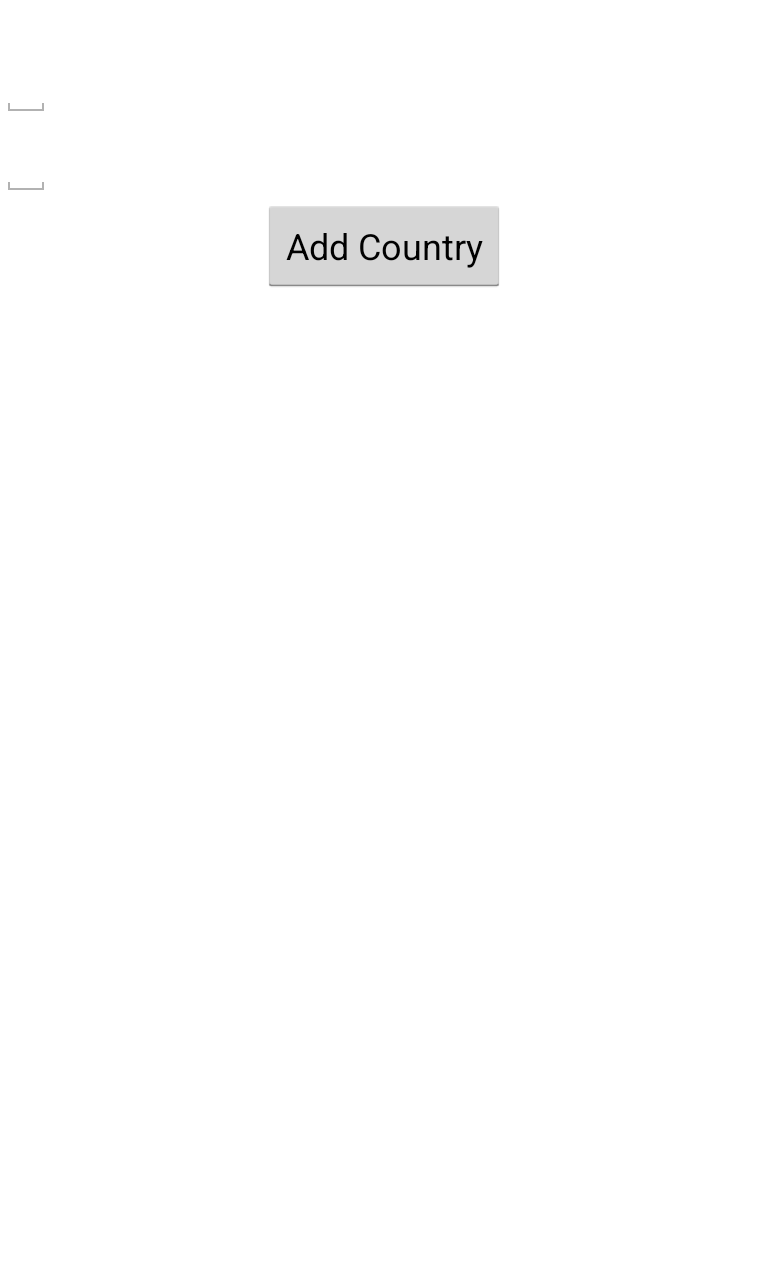
Repository: ek222mw/IDV436_API_Komponent
Layout: labb1_countries/res/layout/add_country.xml
These files come from the project's save history. The layout is drawn as it stood at one moment and after the next save; the edit follows.
It is drawn on a 768 x 1280 px phone screen (xhdpi) without system bars, with theme AppTheme; the app's code is not run. Lists and similar views that code fills are empty.

Above is the layout before, as saved 2014-11-19 13:51:23.

After the next save:
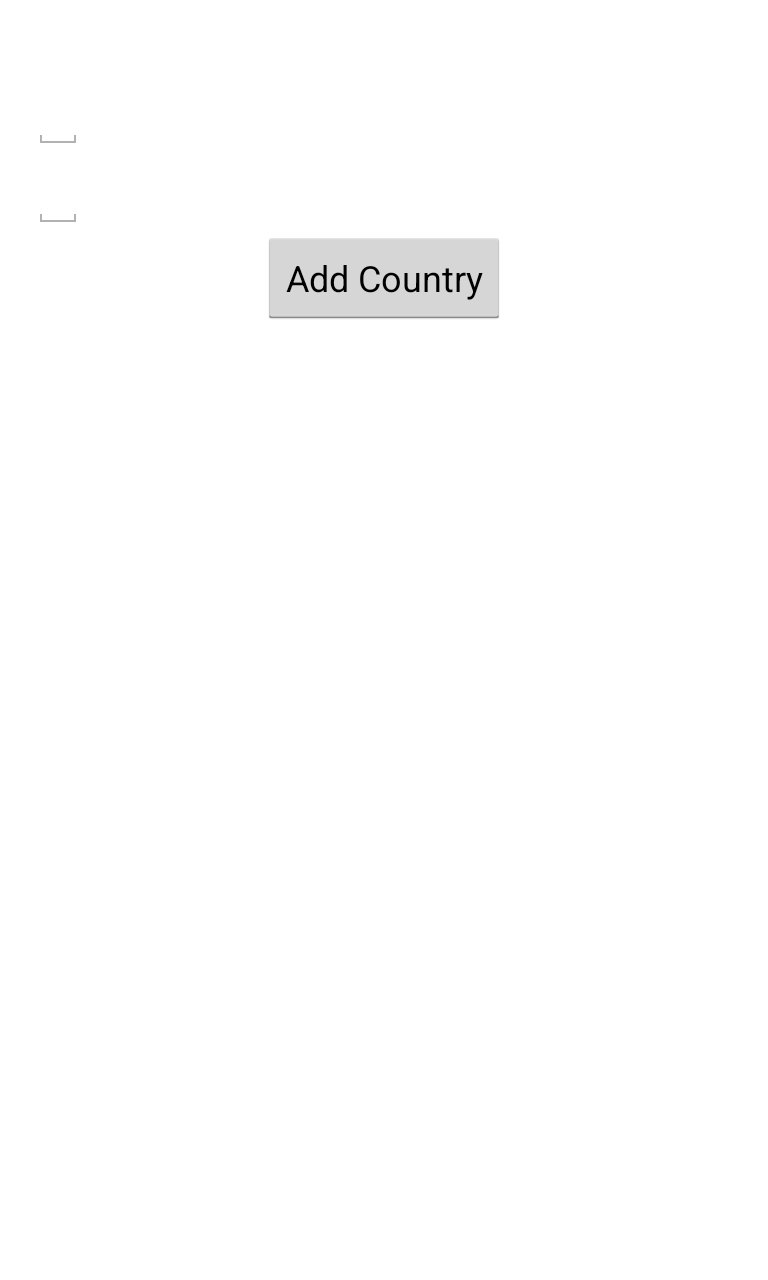
Saved 4 min 11 s later.
--- a/labb1_countries/res/layout/add_country.xml
+++ b/labb1_countries/res/layout/add_country.xml
@@ -1,12 +1,15 @@
 <?xml version="1.0" encoding="utf-8"?>
 <LinearLayout xmlns:android="http://schemas.android.com/apk/res/android"
+    android:orientation="vertical"
     xmlns:tools="http://schemas.android.com/tools"
     android:layout_width="match_parent"
     android:layout_height="match_parent"
-    android:orientation="vertical"
+    android:paddingBottom="@dimen/activity_vertical_margin"
+    android:paddingLeft="@dimen/activity_horizontal_margin"
+    android:paddingRight="@dimen/activity_horizontal_margin"
+    android:paddingTop="@dimen/activity_vertical_margin"
+   tools:context="com.example.labb1_countries.add_activity" >
 
-
-    >
 
 
    		<ListView
